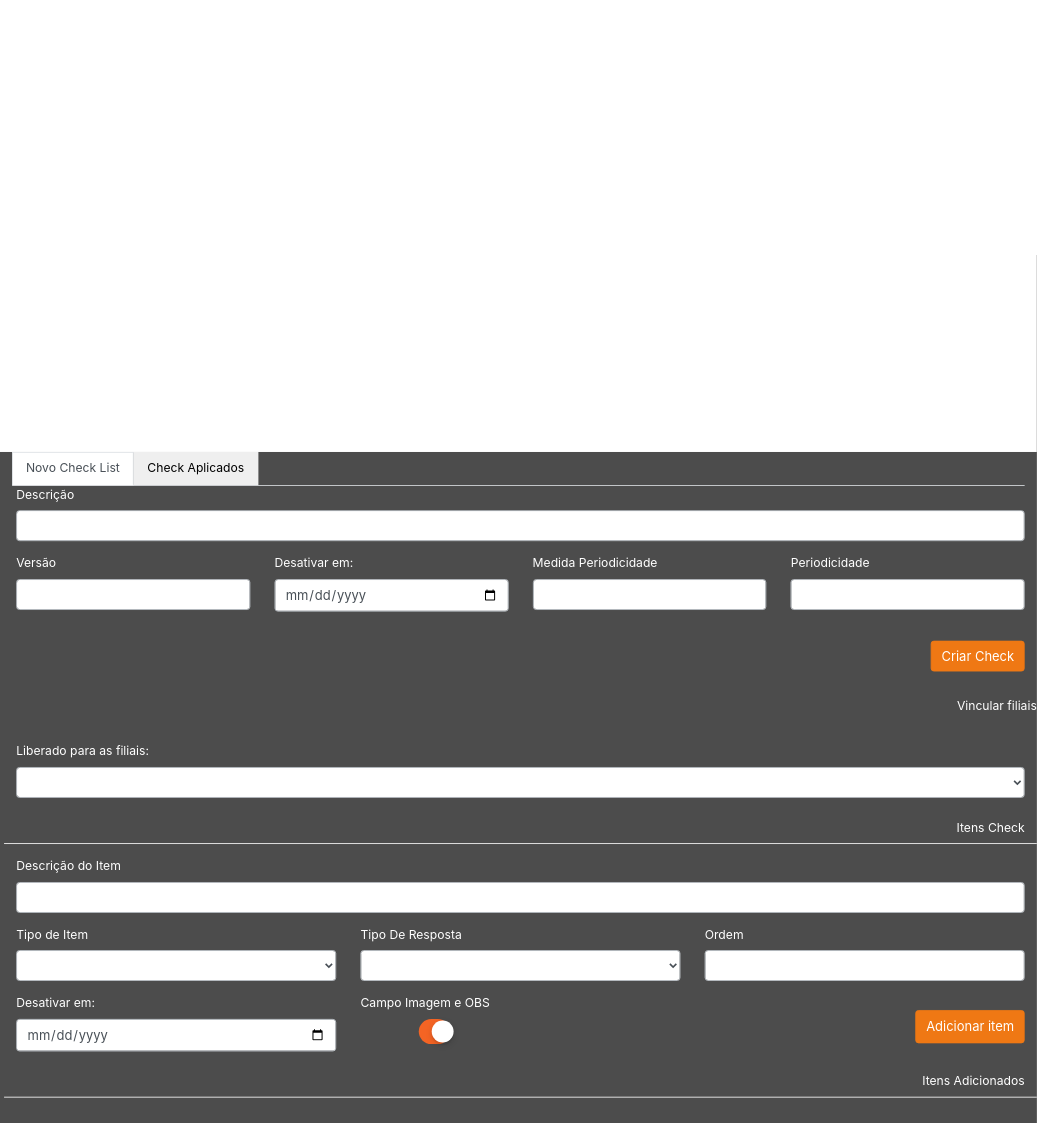
Repository: Conlog-SA/portal_operacional
Page: apps/safety_layout_checklist_app/templates/safety_layout_checklist_app/form_cad_layout_checklist.html
An editor plug-in stored every save of this project. The page is shown before and after the next save, followed by the edit.
The browser window is 1280 px wide. The pictures show the whole page, at 81% of full size.
The template is drawn by Django 3.2. The application's start-up code is not run. Other server files are loaded and not shown. The template is opened directly, without the code that normally fills it, so the values that code supplies are empty.

Above is the page before, as saved 2023-11-17 09:03:00.

### apps/safety_layout_checklist_app/templates/safety_layout_checklist_app/form_cad_layout_checklist.html
{% load static %}

{% block link_static_css %}
    <link rel="stylesheet" href="{% static 'css/cores.css' %}" />
    <link rel="stylesheet" href="{% static 'css/toggle_switch.css' %}" />
    <link rel="stylesheet" href="{% static 'css/loader.css' %}" />
    <link rel="stylesheet" href="{% static 'css/seguranca_safety_app/seguranca_safety.css' %}" />
    <link rel="stylesheet" href="{% static 'libs/bootstrap_4/css/bootstrap.min.css' %}" />

{% endblock %}

<div class="d-flex flex-column h-100 align-items-center justify-content-start text-white w-95" style="margin-right: 0px; width:100%;">
   <div class="mt-3 d-flex align-items-end justify-content-between div_Titulo" style="padding-bottom:15px;">
       <div class="d-flex align-items-center justify-content-center">
            <i class="fa-solid fa-truck-fast" style="font-size:50px; margin-left:0px; margin-right:15px; color:#cf6a15;"></i>
           <h1 class="titlePadraoMenu" style="margin-left:0px;">Safety</h1>
       </div>
       <img class="logo_cabecalho" src="{% static 'icons/logo-branca.png' %}" >
   </div>
    <div class="containerApp w-95">
        <div class="form-group form_div_check w-100" >
            <div class="col-md-12 w-100 h-100">
                <nav>
                    <div class="nav nav-tabs" id="myTab" role="tablist">
                      <button class="nav-link active tabs-nav" id="a_tab_new_check" data-bs-toggle="tab"
                         data-bs-target="#div_tab_new_check"  type="button" role="tab"
                         aria-controls="div_tab_new_check"
                         aria-selected="true" style="border-radius:0px 0px 0 0; font-size:15px">
                         Novo Check List
                         <i class="fa-solid fa-filter" style="color: #f46424;"></i>
                      </button>
                      <button class="nav-link tabs-nav" id="a_tab_check_criados" data-bs-toggle="tab"
                         data-bs-target="#div_check_criados" type="button" role="tab"
                         aria-controls="div_check_criados"
                         aria-selected="false" style="border-radius:0px 0px 0 0; font-size:15px" >
                         Check Aplicados
                        <i class="fa-solid fa-pen-to-square" style="color: #f46424"></i>
                      </button>
                    </div>
                </nav>
                <div class="tab-content" style="border-radius:0 0 10px 10px; font-size:15px">
                    <div class="tab-pane active" id="div_tab_new_check" role="tabpanel" aria-labelledby="a_tab_new_check" style="padding-left:5px;">
                        <form id="form_new_check_list" name="form_nem_check_list">
                          <div class="row">
                             <div class="form-group col-sm-12">
                               <label for="descricao_new_check"> Descrição </label>
                               <input type="text" class="form-control" id="descricao_new_check">
                             </div>
                             <div class="form-group col-sm-3">
                               <label for="versao_new_check">Versão</label>
                               <input type="text" class="form-control" id="versao_new_check">
                             </div>
                             <div class="form-group col-sm-3">
                               <label for="desativar_new_check_date">Desativar em:</label>
                               <input type="date" class="form-control" id="desativar_new_check_date">
                             </div>
                             <div class="form-group col-sm-3">
                               <label for="medida_periodicidade_new_check">Medida Periodicidade</label>
                               <input type="text" class="form-control" id="medida_periodicidade_new_check">
                             </div>
                             <div class="form-group col-sm-3">
                              <label for="periodicidade_new_check">Periodicidade</label>
                              <input type="text" class="form-control" id="periodicidade_new_check">
                            </div>
                             <div class="form-group col-sm-12 w-15 d-flex justify-content-end" style="margin-top:10px; margin-botton:10px">
                                <button type="button" class="btn btn-primary btn-form btn-cadastro" id="btn_new_check"
                                 name="btn_new_check" style="margin-top:10px; margin-botton:10px">
                                 <i class="fa-solid fa-folder-plus"></i>
                                  Criar Check </button>
                             </div>
                             <div class="d-flex justify-content-between align-items-between mt-3 w-100">
                                <i class="fa-solid fa-code-compare" style="color:#ef7814;"></i>Vincular filiais
                             </div>
                             <div class="d-flex justify-content-between align-items-between w-100">
                              <hr class="hr_title">
                             </div>
                             <div class="form-group col-sm-12 d-flex align-items-start" style="margin-bottom:0px;">
                                 <label>Liberado para as filiais:</label>
                              </div>
                             <div class="form-group col-sm-12">
                                <select class="selectpicker form-control"
                                        id="liberado_filiais" name="liberado_filiais" placeholder="Liberado Filiais" required>
                                </select>
                             </div>
                             <div class="form-group col-sm-12 d-flex justify-content-end divider" style="margin-top:10px">
                                <label>Itens Check</label>
                             </div>
                              <div class="form-group col-sm-12">
                                   <label for="descricao_item_check"> Descrição do Item</label>
                                   <input type="text" class="form-control" id="descricao_item_check">
                             </div>
                             <div class="form-group col-sm-4">
                                   <label for="select_tipo_item">Tipo de Item</label>
                                   <select class="selectpicker form-control"
                                           id="select_tipo_item" name="select_tipo_item" placeholder="Tipo de Item" required>
                                   </select>
                             </div>
                             <div class="form-group col-sm-4">
                                <label for="select_tipo_resposta">Tipo De Resposta</label>
                                <select class="selectpicker form-control"
                                        id="select_tipo_resposta" name="select_tipo_resposta"
                                        placeholder="Tipo de Resposta" required>
                                </select>
                              </div>
                              <div class="form-group col-sm-4">
                                <label for="input_ordem_check">Ordem</label>
                                <input type="text" class="form-control" id="input_ordem_check">
                              </div>
                              <div class="form-group col-sm-4">
                                <label for="desativar_item_date">Desativar em:</label>
                                <input type="date" class="form-control" id="desativar_item_date">
                              </div>
                              <div class="form-group col-sm-2 check-box">
                                  <div class="label">
                                    <label for="obs_imagem_check_box"> Campo Imagem e OBS</label>
                                  </div>
                                  <div class="container" style="padding-right: 72px; padding-left: 72px;">
                                      <input type="checkbox" checked="checked" class="checkbox" name="obs_imagem_check_box" id="obs_imagem_check_box" style="width:10px; height:10px;">
                                      <label class="switch" for="obs_imagem_check_box">
                                      <span class="slider"></span>
                                        </label>
                                  </div>
                              </div>
                              <div class="form-group  col-md-6 w-15 d-flex justify-content-end" style="margin-top:10px; margin-botton:10px;">
                                <button type="button" class="btn btn-primary btn-form btn-cadastro" id="btn_new_item"
                                name="btn_new_item" style="margin-bottom: 10px;margin-top: 10px;">
                                <i class="fa-solid fa-file-circle-plus"></i>
                                Adicionar item</button>
                             </div>
                             <div class="form-group col-sm-12 d-flex justify-content-end divider">
                              <label>Itens Adicionados</label>
                           </div>
                          </div>
                        </form>
                    </div>
                    <div class="tab-pane" id="div_check_criados" role="tabpanel" aria-labelledby="a_tab_check_criados">
                       <form id="form_check_aplicados" name="form_check_aplicados" method="POST" style="margin-left:10px; margin-right:10px;">
                          <div class="row">
                              <div class="col md-5">
                                  <label for="filial_check_aplicado">Filial</label>
                                  <select class="selectpicker form-control" id="filial_check_aplicado" name="filial_check_aplicado">
                                  </select>
                              </div>
                          </div>
                       </form>
                    </div>
                </div>
            </div>
        </div>
    </div>
</div>


<script src="https://code.jquery.com/jquery-3.6.0.min.js"></script>
<script src="{% static 'libs/bootstrap_4/js/bootstrap.min.js' %}"></script>

### static/css/cores.css
:root{
    --cor_bg_login: rgba(24, 27, 30, 0.90);
    --cor_cinza_escuro: #515457;
    --cor_cinza_claro: #9fa3a7;
    --cor_cinza_claro2: #d0d0d0;
    --cor_branco: #e6e4e4;
    --cor_bg_solido: #181b1e;
    --cor_bg_solido_claro:#343537;
    --cor_bg_cinza_escuro: rgba(33,37,41,0.9) !important;
    --cor_bg_cinza_escuro_cabecalho: rgba(33,37,41,0.7) !important;
    --cor_bg_modais_body: #DCDCDC;

    --cor_empresa: #f46424;
    --cor_empresa_hover: #df5b23;
    --cor_empresa_active: #b24110;

    --bs-accordion-btn-focus-box-shadow_custom: 0 0 0 0.25rem rgba(244, 100, 36, 0.25);

    --bs-accordion-btn-active-icon_custom:url('');

    --cor_card_chamado_hover: #ccccce;
    --cor_card_chamado_active: #999999;
    --cor_chamado_emergencial: #b30f04;
    --cor_branco: #fff;
    /* --cor_branco_escuro: #969393; */
    --cor_card_a_atender: #e3f8f5;
    --cor_card_atendendo: #e1ffe4;;
    --cor_card_em_espera: #fdf9c6;
}

### static/css/toggle_switch.css
/* Remove this container when use*/
.component-title {
    width: 100%;
    position: absolute;
    z-index: 999;
    top: 30px;
    left: 0;
    padding: 0;
    margin: 0;
    font-size: 1rem;
    font-weight: 700;
    color: #888;
    text-align: center;
  }

  /* The switch - the box around the slider */
  .container {
    width: 77px;
    height: 31px;
    position: relative;
  }

  /* Hide default HTML checkbox */
  .checkbox {
    opacity: 0;
    width: 0;
    height: 0;
    position: absolute;
  }

  .switch {
    width: 100%;
    height: 100%;
    display: block;
    background-color: #e9e9eb;
    border-radius: 16px;
    cursor: pointer;
    transition: all 0.2s ease-out;
  }

  /* The slider */
  .slider {
    width: 27px;
    height: 27px;
    position: absolute;
    left: calc(50% - 27px/2 - 10px);
    top: calc(50% - 27px/2);
    border-radius: 50%;
    background: #FFFFFF;
    box-shadow: 0px 3px 8px rgba(0, 0, 0, 0.15), 0px 3px 1px rgba(0, 0, 0, 0.06);
    transition: all 0.2s ease-out;
    cursor: pointer;
  }

  .checkbox:checked + .switch {
    background-color: #f46424;
  }

  .checkbox:checked + .switch .slider {
    left: calc(50% - 27px/2 + 10px);
    top: calc(50% - 27px/2);
  }

  .cursor-pointer{
    cursor: pointer;
  }

### static/css/loader.css
.loader {
  /* display: flex; */
  margin-left: 1.5rem;
  align-items: center;
  /* width: 50px;
  height: 50px; */
  position: relative;
  display: none;
}

.loader:before {
  align-items: center;
  display: flex;
  content: "";
    position: absolute;
    top: -10px;
    left: -10px;
    right: -10px;
    bottom: -10px;
    border-radius: 50%;
    /* width: 50px;
    height: 50px; */
  }

  .loader-inner {
    display: flex;
    justify-content: center;
    align-items: center;
    position: relative;
  }

  .loader-block {
    display: inline-block;
    width: 10px;
    height: 10px;
    margin: 2px;
    background-color: #f46424;
    box-shadow: 0 0 20px #f46424;
    animation: loader_562 1.2s cubic-bezier(0.5, 0, 0.5, 1) infinite;
  }

  .loader-block:nth-child(1) {
    animation-delay: 0.1s;
  }

  .loader-block:nth-child(2) {
    animation-delay: 0.2s;
  }

  .loader-block:nth-child(3) {
    animation-delay: 0.3s;
  }

  .loader-block:nth-child(4) {
    animation-delay: 0.4s;
  }

  .loader-block:nth-child(5) {
    animation-delay: 0.5s;
  }

  .loader-block:nth-child(6) {
    animation-delay: 0.6s;
  }

  .loader-block:nth-child(7) {
    animation-delay: 0.7s;
  }

  .loader-block:nth-child(8) {
    animation-delay: 0.8s;
  }

  @keyframes loader_562 {
    0% {
      transform: scale(1);
      box-shadow: 0 0 20px rgba(255, 255, 255, 0.5);
    }

    20% {
      transform: scale(1, 2.5);
      box-shadow: 0 0 50px rgba(255, 255, 255, 0.7);
    }

    40% {
      transform: scale(1);
      box-shadow: 0 0 20px rgba(255, 255, 255, 0.5);
    }
  }

### static/css/seguranca_safety_app/seguranca_safety.css
.containerApp {
    background: rgba(0, 0, 0, 0.7); /* Cor preta com 50% de opacidade */
    color: white; /* Cor do texto, por exemplo, branco */
}

label[for="liberado_filiais"] {
    text-align: left !important; /* Tente usar !important para forçar a aplicação do estilo */
}

.divider {
    border-bottom: 1px solid #ffffff; /* Adicione a cor e largura desejadas para a linha */
    margin-top: 10px;
  }

.btn-cadastro{
    background-color: #ef7814 !important;
    border-color: #ef7814 !important;

}

Loaded but not shown: static/libs/bootstrap_4/css/bootstrap.min.css (library); static/libs/bootstrap_4/js/bootstrap.min.js (library)

After the next save:
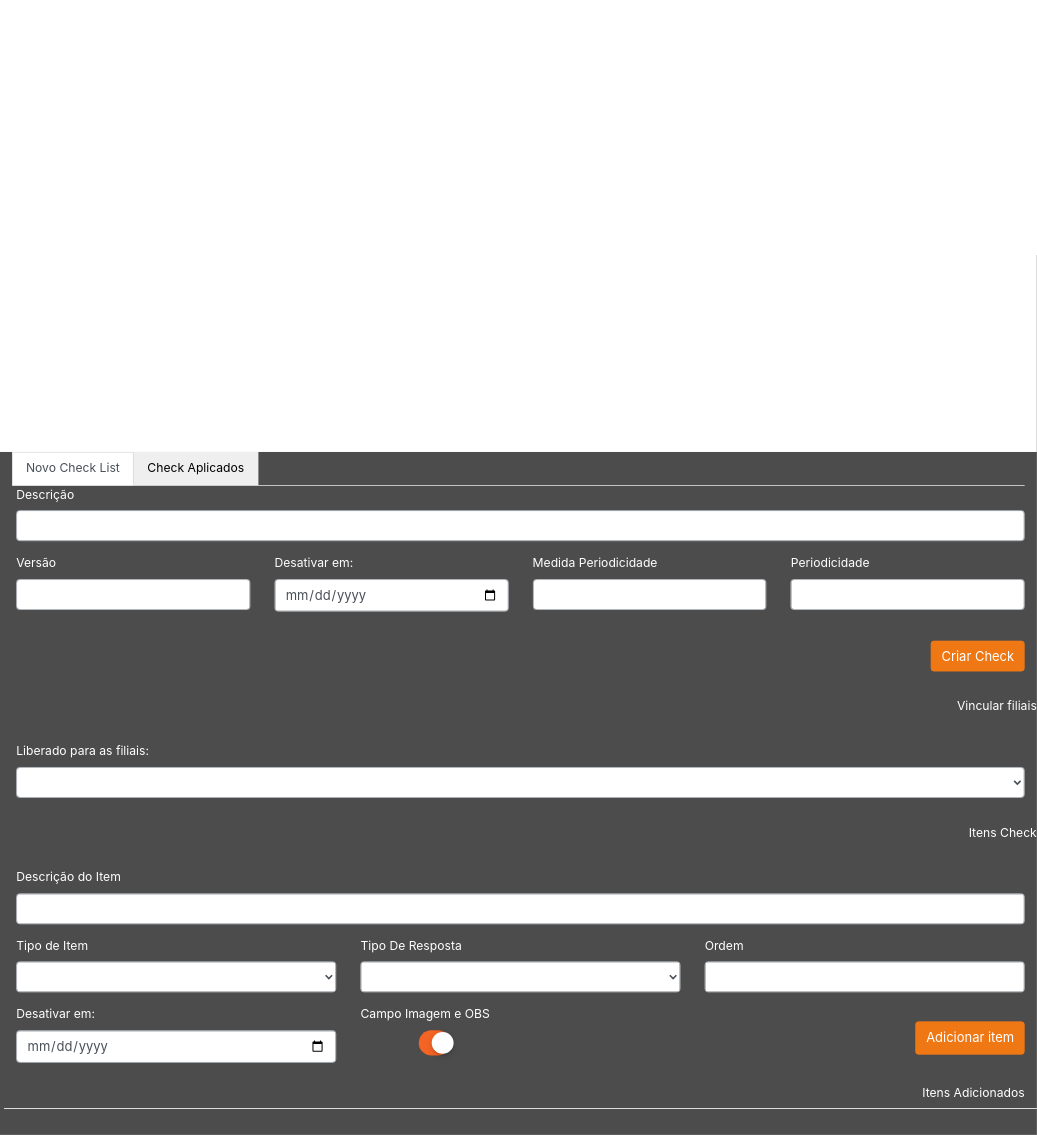
Saved 5 min 28 s later.
--- a/apps/safety_layout_checklist_app/templates/safety_layout_checklist_app/form_cad_layout_checklist.html
+++ b/apps/safety_layout_checklist_app/templates/safety_layout_checklist_app/form_cad_layout_checklist.html
@@ -82,8 +82,11 @@
                                         id="liberado_filiais" name="liberado_filiais" placeholder="Liberado Filiais" required>
                                 </select>
                              </div>
-                             <div class="form-group col-sm-12 d-flex justify-content-end divider" style="margin-top:10px">
-                                <label>Itens Check</label>
+                             <div class="d-flex justify-content-between align-items-between mt-3 w-100">
+                              <i class="fa-solid fa-bars" style="color:#ef7814;"></i>Itens Check
+                             </div>
+                             <div class="d-flex justify-content-between align-items-between w-100">
+                              <hr class="hr_title">
                              </div>
                               <div class="form-group col-sm-12">
                                    <label for="descricao_item_check"> Descrição do Item</label>
